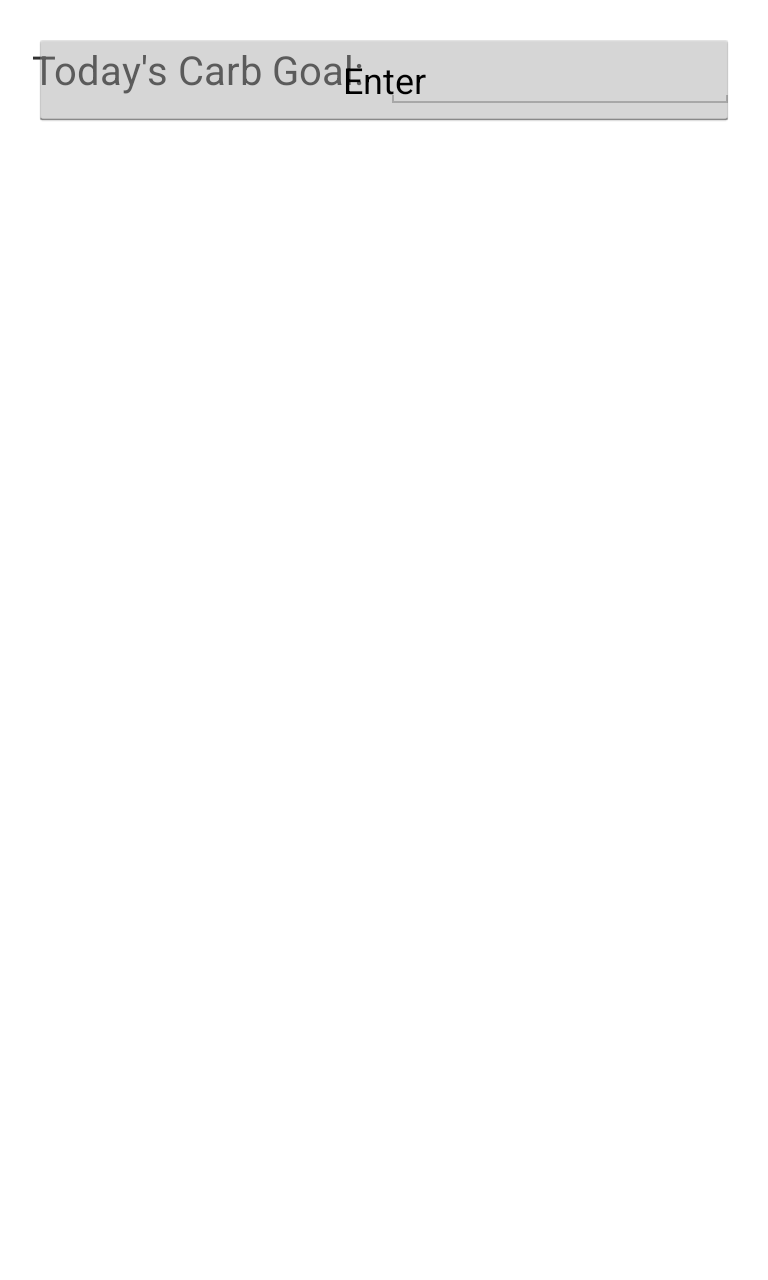
Repository: dekigo/GluNote
Layout: Glunote/res/layout/activity_planner.xml
These files come from the project's save history. The layout is drawn as it stood at one moment and after the next save; the edit follows.
It is drawn on a 768 x 1280 px phone screen (xhdpi) without system bars, with theme AppTheme; the app's code is not run.

Above is the layout before, as saved 2013-08-06 11:36:20.

After the next save:
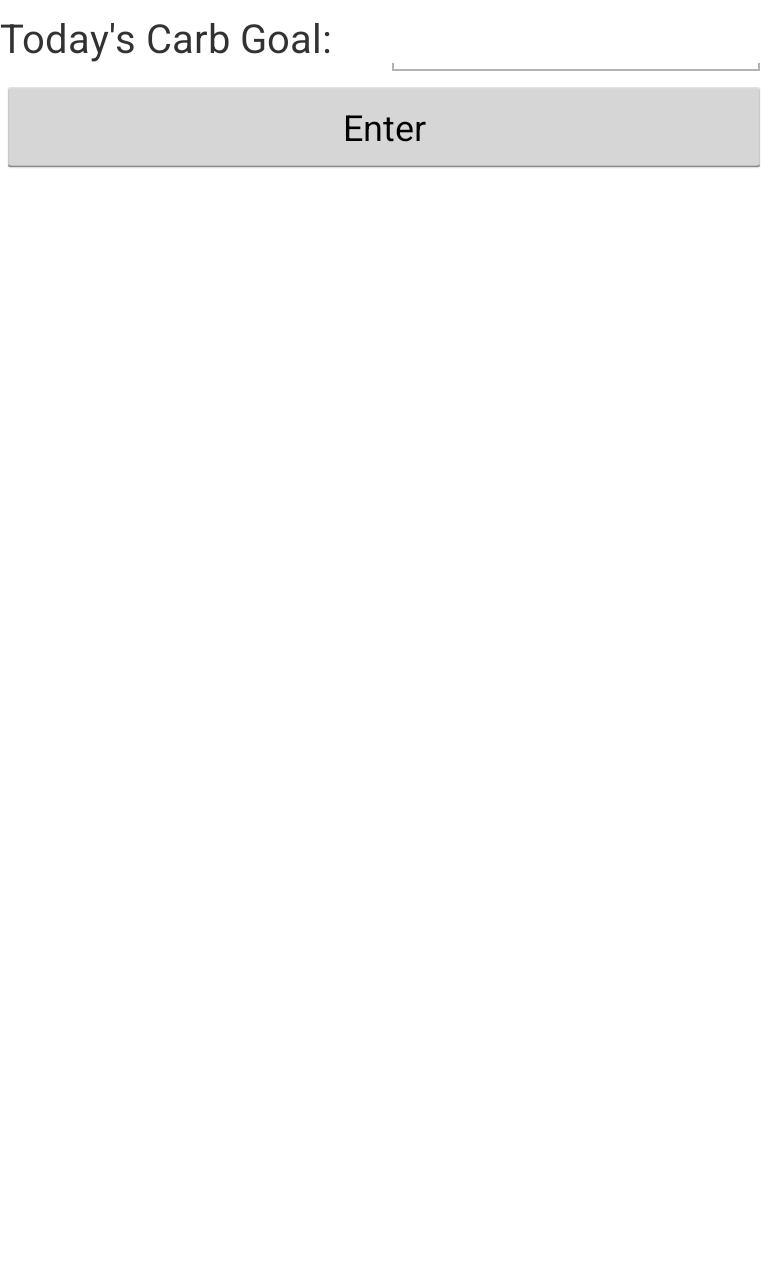
Saved 49 s later.
--- a/Glunote/res/layout/activity_planner.xml
+++ b/Glunote/res/layout/activity_planner.xml
@@ -1,12 +1,8 @@
-<RelativeLayout xmlns:android="http://schemas.android.com/apk/res/android"
+<LinearLayout xmlns:android="http://schemas.android.com/apk/res/android"
     xmlns:tools="http://schemas.android.com/tools"
     android:layout_width="match_parent"
     android:layout_height="match_parent"
-    android:paddingBottom="@dimen/activity_vertical_margin"
-    android:paddingLeft="@dimen/activity_horizontal_margin"
-    android:paddingRight="@dimen/activity_horizontal_margin"
-    android:paddingTop="@dimen/activity_vertical_margin"
-    tools:context=".PlannerActivity" >
+    android:orientation="vertical" >
 
     <LinearLayout
         android:layout_width="match_parent"
@@ -36,4 +32,4 @@
         android:onClick="Save_Goal_Entry"
     />
 
-</RelativeLayout>
+</LinearLayout>
